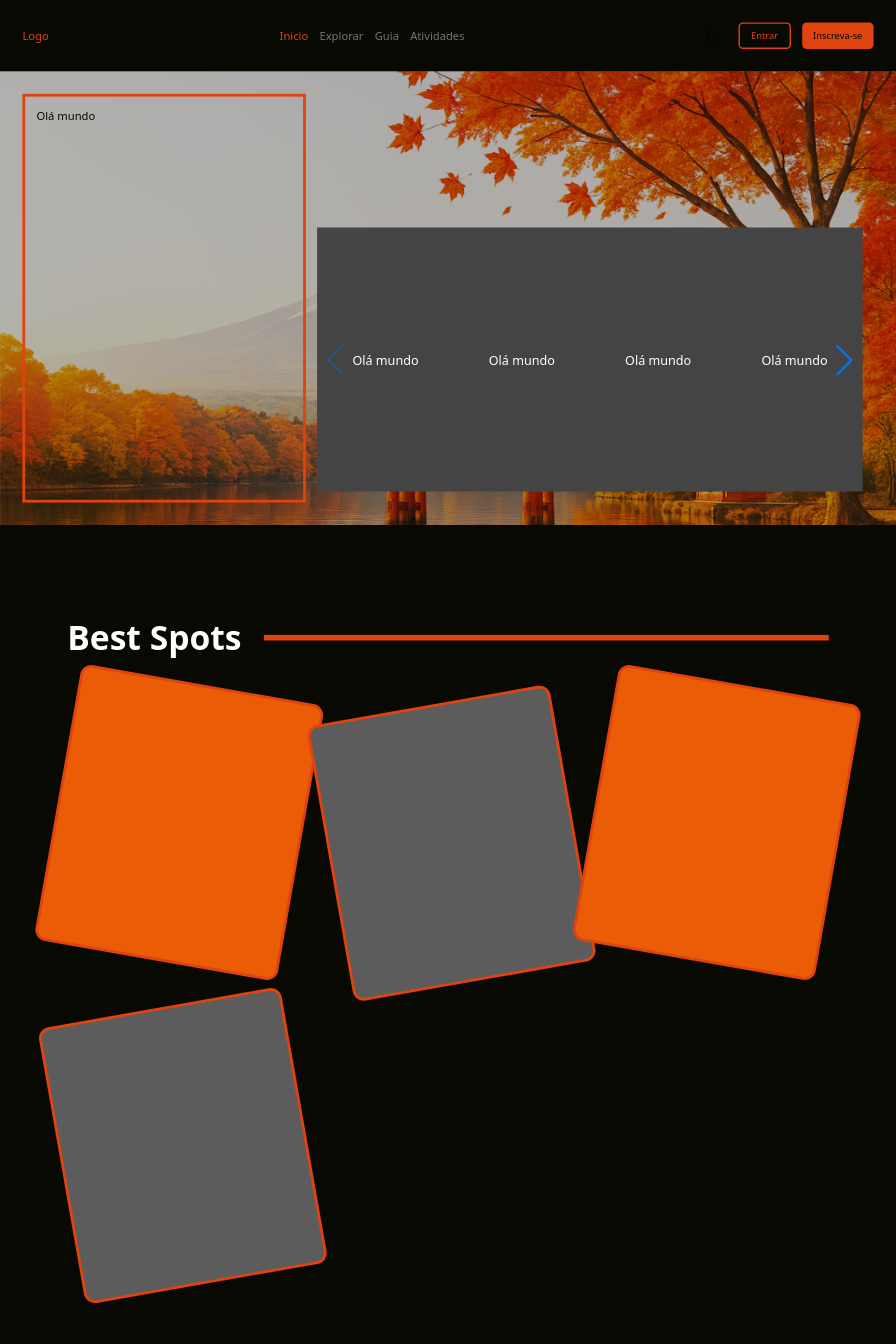
Repository: pedroantoniosi/readleaf--site
Page: /
These files come from the project's save history. The page is drawn as it stood at one moment and after the next save; the edit follows.
The browser window is 1280 px wide. The pictures show the part of the page from y = 0 to 1920 px (the page is 5163 px tall), at 70% of full size.
The project was rebuilt for these pictures with package versions that can differ from the ones it lists, and the page was loaded fresh each time. Also part of the build but not shown: vite.config.ts.

Above is the page before, as saved 2025-11-27 17:43:20.

After the next save:
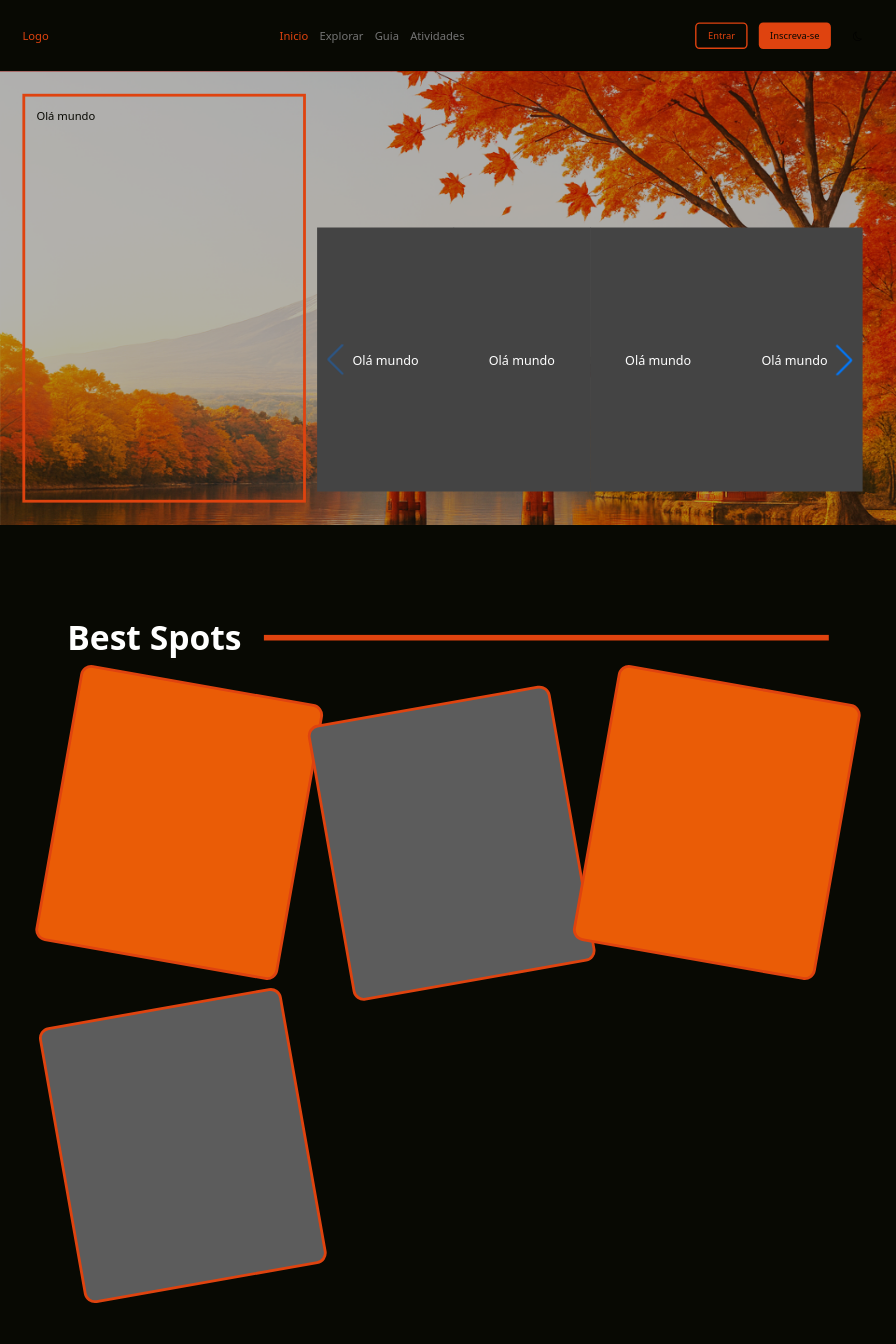
Saved 61 s later.
--- a/src/components/Navbar/Index.tsx
+++ b/src/components/Navbar/Index.tsx
@@ -15,9 +15,9 @@ const Navbar = () => {
             <li className={styles.navLink}>Atividades</li>
           </ul>
           <div className="row gap-1">
-            <Button className="bi bi-moon" text="" />
             <Button className={styles.buttonRegister} text="Entrar" />
             <Button className={styles.buttonLogin} text="Inscreva-se" />
+            <Button className="bi bi-moon" text="" />
           </div>
         </Container>
       </nav>
